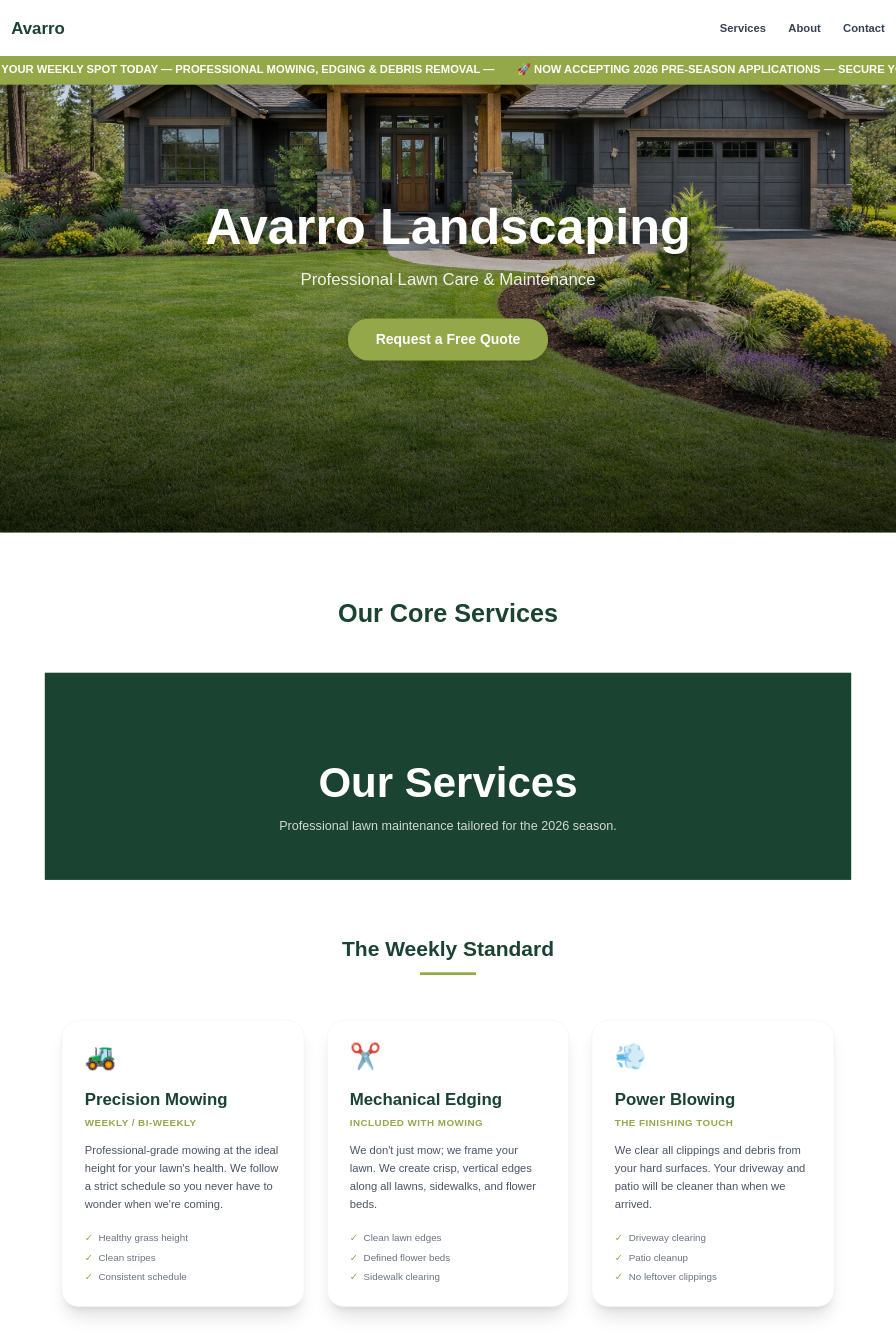
Repository: KalebMalone/Avarro
Page: /
The author's editor kept a copy of each file at every save. The page is drawn from the files as they stood at one save, then again after the next save.
The browser window is 1280 px wide. The pictures show the part of the page from y = 0 to 1920 px (the page is 4284 px tall before and 4283 px after), at 70% of full size.
The project was rebuilt for these pictures with package versions that can differ from the ones it lists, and the page was loaded fresh each time. Also part of the build but not shown: vite.config.js, src/pages/ServicesPage.jsx, src/pages/About.jsx, src/pages/Contact.jsx.

Above is the page before, as saved 2026-01-28 16:33:21.

After the next save:
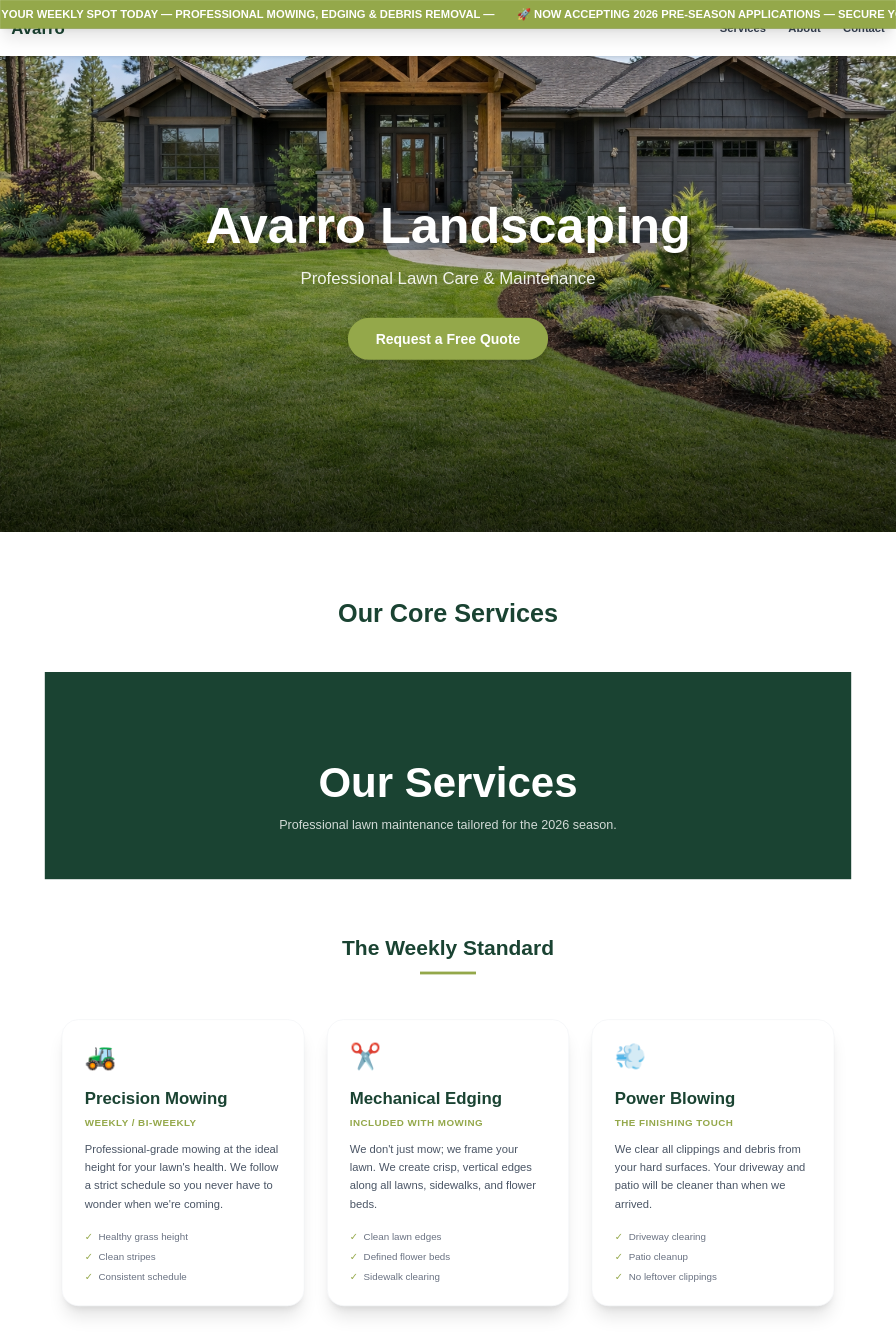
Saved 40 s later.
--- a/src/pages/Home.jsx
+++ b/src/pages/Home.jsx
@@ -5,8 +5,8 @@
 export default function Home() {
     return (
         <div className="bg-white">
-            {/* Sticky Moving Banner */}
-            <div className="sticky top-0 z-[100] bg-[#94a84a] text-white py-2 shadow-lg border-b border-black/5 marquee-container">
+            {/* FIXED BANNER - This will stay at the top 100% */}
+            <div className="fixed top-0 left-0 w-full z-[1000] bg-[#94a84a] text-white py-2 shadow-xl marquee-container border-b border-black/10">
                 <div className="animate-marquee-custom">
                     <span className="text-sm md:text-base font-bold px-4">
                         🚀 NOW ACCEPTING 2026 PRE-SEASON APPLICATIONS — SECURE YOUR WEEKLY SPOT TODAY — PROFESSIONAL MOWING, EDGING & DEBRIS REMOVAL —
@@ -17,11 +17,14 @@
                 </div>
             </div>
 
+            {/* SPACER - This prevents the banner from covering the top of your site */}
+            <div className="h-[40px]"></div>
+
             <Hero />
 
             {/* Services Section */}
-            <section className="relative py-24 px-6 bg-white">
-                <div className="relative max-w-6xl mx-auto">
+            <section className="py-24 px-6 bg-white">
+                <div className="max-w-6xl mx-auto">
                     <h2 className="text-4xl font-extrabold text-center mb-16 text-[#1a4332]">
                         Our Core Services
                     </h2>
@@ -33,8 +36,8 @@
             <section className="py-20 bg-white">
                 <div className="max-w-4xl mx-auto px-6">
                     <div className="bg-[#1a4332] rounded-3xl p-8 md:p-12 text-center text-white shadow-2xl">
-                        <h2 className="text-3xl font-bold mb-4 text-white">Need something else?</h2>
-                        <p className="text-xl opacity-90 mb-8">
+                        <h2 className="text-3xl font-bold mb-4">Need something else?</h2>
+                        <p className="text-xl opacity-90 mb-8 text-center">
                             From **debris removal** and branch hauling to unique garden projects—we handle custom requests.
                         </p>
                         <Link to="/contact" className="inline-block bg-[#94a84a] hover:bg-white hover:text-[#1a4332] text-white px-8 py-3 rounded-full font-bold transition-all no-underline">
@@ -53,23 +56,23 @@
                     <div className="grid grid-cols-1 sm:grid-cols-2 lg:grid-cols-4 gap-8">
                         <div className="p-4">
                             <div className="text-[#94a84a] text-5xl font-black mb-4 opacity-20 italic">01</div>
-                            <h4 className="text-xl font-bold text-[#1a4332] mb-3">Mowing</h4>
-                            <p className="text-gray-600 text-sm">Precision cutting at the ideal height for your lawn's health.</p>
+                            <h4 className="text-xl font-bold text-[#1a4332] mb-3 text-center">Mowing</h4>
+                            <p className="text-gray-600 text-sm text-center">Precision cutting at the ideal height for your lawn's health.</p>
                         </div>
                         <div className="p-4">
                             <div className="text-[#94a84a] text-5xl font-black mb-4 opacity-20 italic">02</div>
-                            <h4 className="text-xl font-bold text-[#1a4332] mb-3">Edging</h4>
-                            <p className="text-gray-600 text-sm">Clean, vertical lines for all walkways and garden beds.</p>
+                            <h4 className="text-xl font-bold text-[#1a4332] mb-3 text-center">Edging</h4>
+                            <p className="text-gray-600 text-sm text-center">Clean, vertical lines for all walkways and garden beds.</p>
                         </div>
                         <div className="p-4">
                             <div className="text-[#94a84a] text-5xl font-black mb-4 opacity-20 italic">03</div>
-                            <h4 className="text-xl font-bold text-[#1a4332] mb-3">Weeding</h4>
-                            <p className="text-gray-600 text-sm">Targeted removal in beds and pavement cracks.</p>
+                            <h4 className="text-xl font-bold text-[#1a4332] mb-3 text-center">Weeding</h4>
+                            <p className="text-gray-600 text-sm text-center">Targeted removal in beds and pavement cracks.</p>
                         </div>
                         <div className="p-4">
                             <div className="text-[#94a84a] text-5xl font-black mb-4 opacity-20 italic">04</div>
-                            <h4 className="text-xl font-bold text-[#1a4332] mb-3">Blowing</h4>
-                            <p className="text-gray-600 text-sm">Leaving your driveways and patios spotless every visit.</p>
+                            <h4 className="text-xl font-bold text-[#1a4332] mb-3 text-center">Blowing</h4>
+                            <p className="text-gray-600 text-sm text-center">Leaving your driveways and patios spotless every visit.</p>
                         </div>
                     </div>
                 </div>
